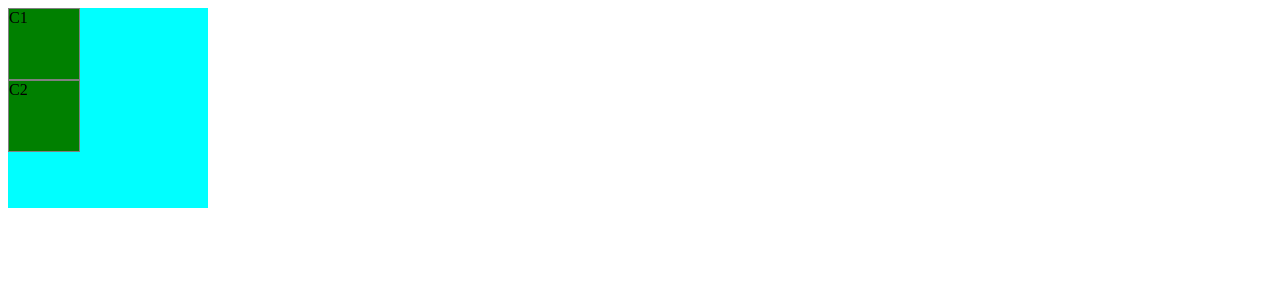
Repository: nepali2385/FUll-stack-practice
Page: Day5/Day5/position.html
These files come from the project's save history. The page is drawn as it stood at one moment and after the next save; the edit follows.
The browser window is 1280 px wide. The pictures show the whole page.

Above is the page before, as saved 2024-08-27 15:54:37.

After the next save:
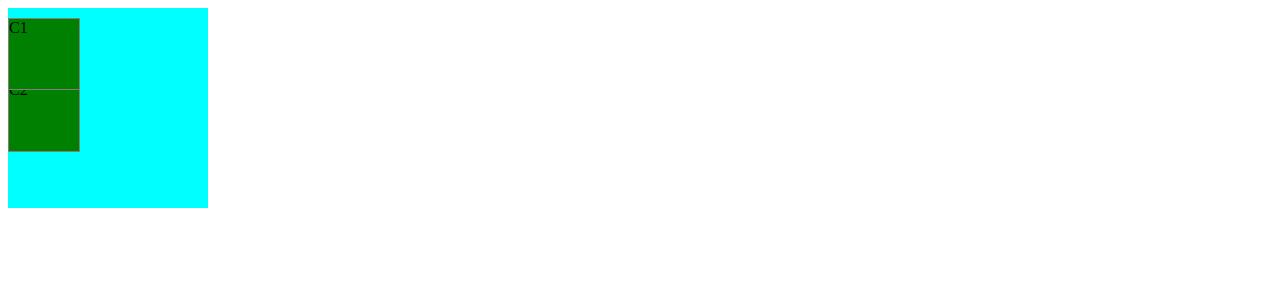
Saved 35 s later.
--- a/Day5/Day5/position.css
+++ b/Day5/Day5/position.css
@@ -12,4 +12,6 @@
 }
 .c1{
     position:relative;
+    top:10px
+
 }
